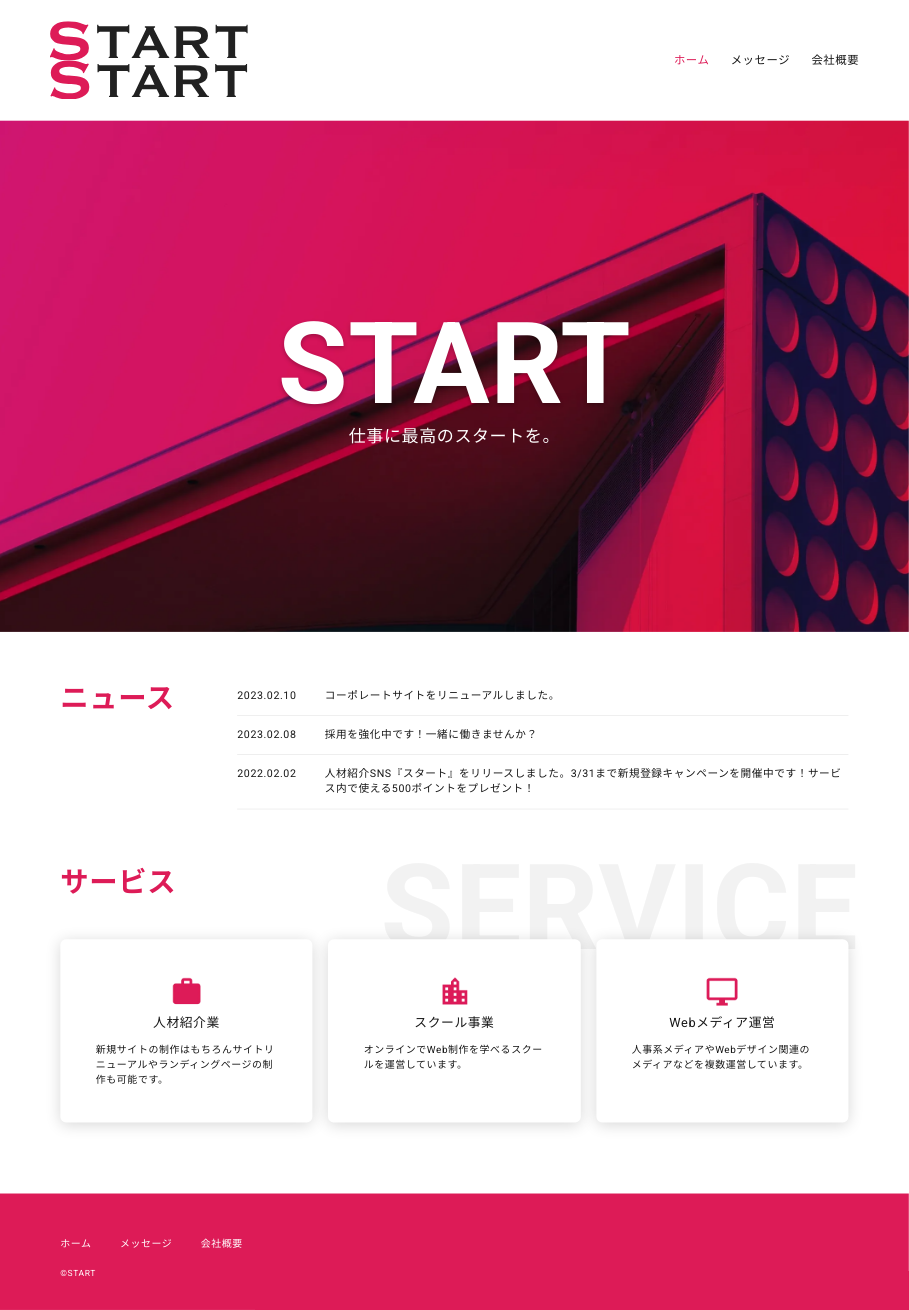
Repository: tetishi/tetishi.github.io
Page: index.html
These files come from the project's save history. The page is drawn as it stood at one moment and after the next save; the edit follows.
The browser window is 1280 px wide. The pictures show the whole page, at 71% of full size.

Above is the page before, as saved 2023-07-02 21:38:58.

### index.html
<!DOCTYPE html>
<html lang="en">
<head>
    <meta charset="UTF-8">
    <meta http-equiv="X-UA-Compatible" content="IE=edge">
    <meta name="viewport" content="width=device-width, initial-scale=1.0">
    <title>Start</title>
    <!-- <link rel="stylesheet" type="text/css" href="http://yui.yahooapis.com/3.18.1/build/cssreset/cssreset-min.css"> -->
    <link rel="preconnect" href="https://fonts.googleapis.com">
    <link rel="preconnect" href="https://fonts.gstatic.com" crossorigin>
    <link href="https://fonts.googleapis.com/css2?family=Noto+Sans+JP:wght@500;700&family=Roboto:wght@400;700&display=swap" rel="stylesheet">
    <link rel="icon" href="img/favicon.ico">
    <link rel="stylesheet" href="./css/reset.css">
    <link rel="stylesheet" href="./css/style.css">
</head>
<body>
    <header class="header">
        <div class="header-inner">
            <h2 class="nav-title">
                <a href="./index.html">
                    <img class="pc" src="img/logo.svg" alt="STARTのロゴ">
                    <img class="sp" src="img/sp_logo.svg" alt="STARTのロゴ">
                </a>
            </h2>
            <nav class="header-nav">
                <ul class="header-list">
                    <li class="header-item">
                        <a href="./index.html" class="text-red">ホーム</a>
                    </li>
                    <li class="header-item">
                        <a href="./message.html">メッセージ</a>
                    </li>
                    <li class="header-item">
                        <a href="./company.html">会社概要</a>
                    </li>
                </ul>
            </nav>
            <button class="hamburger-btn">
                <span class="bar bar_top"></span>
                <span class="bar bar_mid"></span>
                <span class="bar bar_bottom"></span>
            </button>
        </div>
    </header>

    <main>
        <!-- fv -->
        <div class="fv">
            <div class="fv_img">
                <picture>
                    <source srcset="./img/fv.webp" type="image/webp">
                    <img src="./img/fv.jpg" alt="STARTの赤いイメージ背景">
                </picture>
            </div>
            <div class="sp_fv_img">
                <picture>
                    <source srcset="./img/sp_fv.webp" type="image/webp">
                    <img src="./img/sp_fv.jpg" alt="STARTの赤いイメージ背景">
                </picture>
            </div>
            <!-- page-title-wrapper -->
            <div class="page-title-wrapper">
                <h1 class="page-title">START</h1>
                <div class="page-title-bottom">仕事に最高のスタートを。</div>
                <!-- /.page-title-bottom -->
            </div>
        </div>

        <!-- news -->
        <section id="news" class="section-wrapper news-wrapper">
            <div class="section-inner news-inner">
                <h2 class="section-title news-title">
                    ニュース
                </h2>
                <div class="news-container">
                    <ul class="news-list">
                        <li class="news-item">
                            <time datetime="2023.02.10">2023.02.10</time>
                            <a href="#news">コーポレートサイトをリニューアルしました。</a>
                        </li>
                        <li class="news-item">
                            <time datetime="2023.02.08">2023.02.08</time>
                            <a href="#news">採用を強化中です！一緒に働きませんか？</a>
                        </li>
                        <li class="news-item">
                            <time datetime="2022.02.02">2022.02.02</time>
                            <a href="#news">人材紹介SNS『スタート』をリリースしました。3/31まで新規登録キャンペーンを開催中です！サービス内で使える500ポイントをプレゼント！</a>
                        </li>
                    </ul>
                </div>
                <!-- /.news-container -->
            </div>
            <!-- /.section-inner -->
        </section>

        <!-- service -->
        <section id="service" class="section-wrapper service-wrapper">
            <div class="section-inner">
                <h2 class="section-title text-right text-white">サービス</h2>
                <h2 class="upper-text text-white">SERVICE</h2>
                <ul class="service-list">
                    <li class="service-item">
                            <picture>
                                <source srcset="./img/bag.webp" type="image/webp">
                                <img src="./img/bag.png" alt="手提げ鞄">
                            </picture>
                            <h3 class="service-item-title">人材紹介業</h3>
                            <p class="service-item-text">
                                新規サイトの制作はもちろんサイトリニューアルやランディングページの制作も可能です。
                            </p>
                    </li>
                    <li class="service-item">
                            <picture>
                                <source srcset="./img/school.webp" type="image/webp">
                                <img src="./img/school.png" alt="スクール">
                            </picture>
                            <h3 class="service-item-title">スクール事業</h3>
                            <p class="service-item-text">
                                オンラインでWeb制作を学べるスクールを運営しています。
                            </p>
                    </li>
                    <li class="service-item">
                            <picture>
                                <source srcset="./img/web.webp" type="image/webp">
                                <img src="./img/web.png" alt="モニター">
                            </picture>
                            <h3 class="service-item-title">Webメディア運営</h3>
                            <p class="service-item-text">
                                人事系メディアやWebデザイン関連のメディアなどを複数運営しています。
                            </p>
                    </li>
                </ul>
            </div>
            <!-- /.section-inner -->
        </section>

    </main>


    <footer class="footer">
        <div class="section-inner">
            <nav class="footer-nav">
                <ul class="footer-nav-list">
                    <li class="footer-nav-item"><a href="./index.html">ホーム</a></li>
                    <li class="footer-nav-item"><a href="./message.html">メッセージ</a></li>
                    <li class="footer-nav-item"><a href="./company.html">会社概要</a></li>
                </ul>
            </nav>
            <small>&copy;START</small>
        </div>
    </footer>

    <script src="https://ajax.googleapis.com/ajax/libs/jquery/3.6.0/jquery.min.js"></script>
    <script src="js/script.js"></script>
</body>
</html>

### css/reset.css
/*
html5doctor.com Reset Stylesheet
v1.6.1
Last Updated: 2010-09-17
Author: Richard Clark - http://richclarkdesign.com
Twitter: @rich_clark
*/

* {
    box-sizing: border-box;
}

html,
body,
div,
span,
object,
iframe,
h1,
h2,
h3,
h4,
h5,
h6,
p,
blockquote,
pre,
abbr,
address,
cite,
code,
del,
dfn,
em,
img,
ins,
kbd,
q,
samp,
small,
strong,
sub,
sup,
var,
b,
i,
dl,
dt,
dd,
ol,
ul,
li,
fieldset,
form,
label,
legend,
table,
caption,
tbody,
tfoot,
thead,
tr,
th,
td,
article,
aside,
canvas,
details,
figcaption,
figure,
footer,
header,
hgroup,
menu,
nav,
section,
summary,
time,
mark,
ruby,
audio,
video {
    margin: 0;
    padding: 0;
    border: 0;
    outline: 0;
    font-size: 100%;
    vertical-align: baseline;
    background: transparent;
}

body {
    line-height: 1.5;
}

img {
    width: 100%;
    height: auto;
    object-fit: cover;
}

button {
    background-color: transparent;
    border: none;
    cursor: pointer;
    outline: none;
    padding: 0;
    appearance: none;
}

article,
aside,
details,
figcaption,
figure,
footer,
header,
hgroup,
menu,
nav,
section {
    display: block;
}

nav ul {
    list-style: none;
}

li {
    list-style: none;
}

a {
    margin: 0;
    padding: 0;
    font-size: 100%;
    vertical-align: baseline;
    background: transparent;
}

input,
select {
    vertical-align: middle;
}

/*end reset css*/

### css/style.css
/* base */

html {
    font-size: 62.5%;
}
body {
    font-size: 1.6rem;
    letter-spacing: .05em;
    color: #171717;
    font-family: "Roboto", "Noto Sans JP", Arial, "Hiragino Kaku Gothic ProN", "Hiragino Sans", Meiryo, sans-serif;
}
img {
    vertical-align: bottom;
}
.section-inner {
    max-width: 1110px;
    margin: 0 auto;
}
.section-title {
    font-size: 4rem;
    color: #DD1B57;
    margin-bottom: 49px;
    /* width: 25%; */
    white-space: nowrap;
}
a {
    color: inherit;
    text-decoration: none;
}
.text-red {
    color: #DD1B57;
}

/* header */
.header {
    padding: 30px 70px;
    width: 100%;
}

.header a {
    text-decoration: none;
}
.header-inner {
    display: flex;
    justify-content: space-between;
    align-items: center;
}
.header-list {
    display: flex;
}
.header-item {
    margin-right: 30px;
}
.header-item:last-of-type {
    margin-right: 0;
}
.hamburger-btn {
    display: none;
}

/* fv */
.fv {
    height: 100vh;
    min-height: 550px;
    position: relative;
}
.fv img {
    height: 100vh;
    min-height: 550px;
    object-fit: cover;
}
.sp_fv_img {
    display: none;
}
.page-title-wrapper {
    position: absolute;
    left: 50%;
    top: 50%;
    color: #fff;
    transform: translate(-50%,-50%);
    line-height: 1;
}
.page-title {
    font-size: 16rem;
    font-weight: bold;
    margin-bottom: 10px;
    text-shadow: 0 4px 6px rgb(0 0 0 / 25%);
}
.page-title-bottom {
    font-size: 24px;
    text-align: center;
}

/* news */
.news-wrapper {
    margin: 64px 0 74px 0;
}
.news-inner {
    display: flex;
    column-gap: 88px;
}
.news-item {
    padding: 15px 0 16px 0;
    border-bottom: 1px solid #E8E8E8;
    display: flex;
    font-size: 1.5rem;
}
.news-item a {
    margin-left: 40px;
}

/* service */
.service-wrapper {
    margin-bottom: 100px;
}
.service-wrapper .section-inner {
    position: relative;
}
.upper-text {
    position: absolute;
    right: -14px;
    top: -60px;
    font-size: 16.8rem;
    font-weight: bold;
    color: #171717;
    margin: 0 auto;
    opacity: .05;
    z-index: 0;
}
.service-list {
    display: flex;
    justify-content: space-between;
    position: relative;
    z-index: 1;
}
.service-item {
    width: 32%;
    background-color: #fff;
    box-shadow: 0 3px 21px rgba(0, 0, 0, .16);
    border-radius: 8px;
}
.service-item img {
    width: 48px;
    display: block;
    margin: 0 auto;
    padding-top: 50px;
}
.service-item-title {
    text-align: center;
    font-size: 1.8rem;
    font-weight: normal;
    margin-top: 5px;
}
.service-item-text {
    padding: 15px 50px 50px 50px;
    font-size: 1.4rem;
}

/* footer */
.footer {
    background-color: #DD1B57;
    color: #fff;
    height: 164px;
}
.footer-nav-list {
    display: flex;
    font-size: 1.4rem;
    padding: 61px 0 17px;
}
.footer-nav-item {
    margin-right: 40px;
}
small {
    font-size: 1.2rem;
    margin-bottom: 50px;
}

@media screen and (max-width: 768px) {
    /* base_sp */
    .section-inner {
        padding: 0 20px;
    }
    .section-title {
        font-size: 3.2rem;
        margin-bottom: 19px;
        width: 100%;
    }

    /* header_sp */
    .header {
        padding: 0;
        z-index: 1;
        position: relative;
    }
    .nav-title {
        padding: 22px 20px;
    }
    .header-nav {
        display: none;
        position: fixed;
        top: 0;
        right: 0;
        width: 50%;
        height: 100vh;
        background-color: #DD1B57;
    }
    .header-list {
        height: 100%;
        flex-direction: column;
        padding: 96px 0 0 40px;
    }
    .text-red {
        color: #fff;
        opacity: .5;
    }
    .header-item {
        margin: 0 0 27px;
        color: #fff;
    }
    .header-item:last-of-type {
        margin-bottom: 0;
    }
    .hamburger-btn {
        display: block;
        background-color: #DD1B57;
        padding: 26px 16px;
        width: 60px;
    }
    .hamburger-btn .bar {
        display: block;
        width: 26px;
        height: 3px;
        background-color: #fff;
        transition: .3s;
    }
    .bar_mid,
    .bar_bottom {
        margin-top: 8px;
    }
    .hamburger-btn.cross .bar_top {
        transform: rotate(45deg) translate(8px, 8px);
        transition: .3s;
    }
    .hamburger-btn.cross .bar_middle {
        opacity: 0;
        transition: .3s;
    }
    .hamburger-btn.cross .bar_bottom {
        transform: rotate(-45deg) translate(8px, -8px);
        transition: .3s;
    }
    body.noscroll {
        overflow: hidden;
    }

    /* fv_sp */
    .fv_img {
        display: none;
    }
    .sp_fv_img {
        display: block;
    }
    .page-title {
        font-size: 8rem;
        font-weight: bold;
    }
    .page-title-bottom {
        font-size: 2rem;
    }

    /* news_sp */
    .news-wrapper {
        margin: 33px 0 58px 0;
    }
    .news-inner {
        display: block;
    }
    .news-item {
        flex-flow: column;
        padding: 20px 0 16px 0;
    }
    .news-item:first-child {
        padding: 0 0 16px 0;
    }
    .news-item a {
        margin-left: 0px;
        margin-top: 7px;
    }

    /* service_sp */
    .service-wrapper {
        margin-bottom: 60px;
    }
    .upper-text {
        right: 4px;
        top: -5px;
        font-size: 7rem;
    }
    .service-list {
        display: block;
    }
    .service-item {
        width: 100%;
        margin-bottom: 20px;
    }
    .service-item img {
        width: 60px;
        padding-top: 40px;
    }
    .service-item-title {
        margin-top: 7px;
    }
    .service-item-text {
        padding: 10px 30px 40px 30px;
    }

    /* footer_sp */
    .footer {
        height: 120px;
    }
    .footer-nav-list {
        font-size: 1.2rem;
        padding: 41px 0 19px;
    }
    .footer-nav-item {
        margin-right: 25px;
    }
    small {
        font-size: 1rem;
        margin-bottom: 29px;
    }
}

### js/script.js
//ハンバーガーボタン
$('.hamburger-btn').on('click', function() {
    $('.header-nav').fadeToggle(300);
    $(this).toggleClass('cross');
    $('body').toggleClass('noscroll');
});

After the next save:
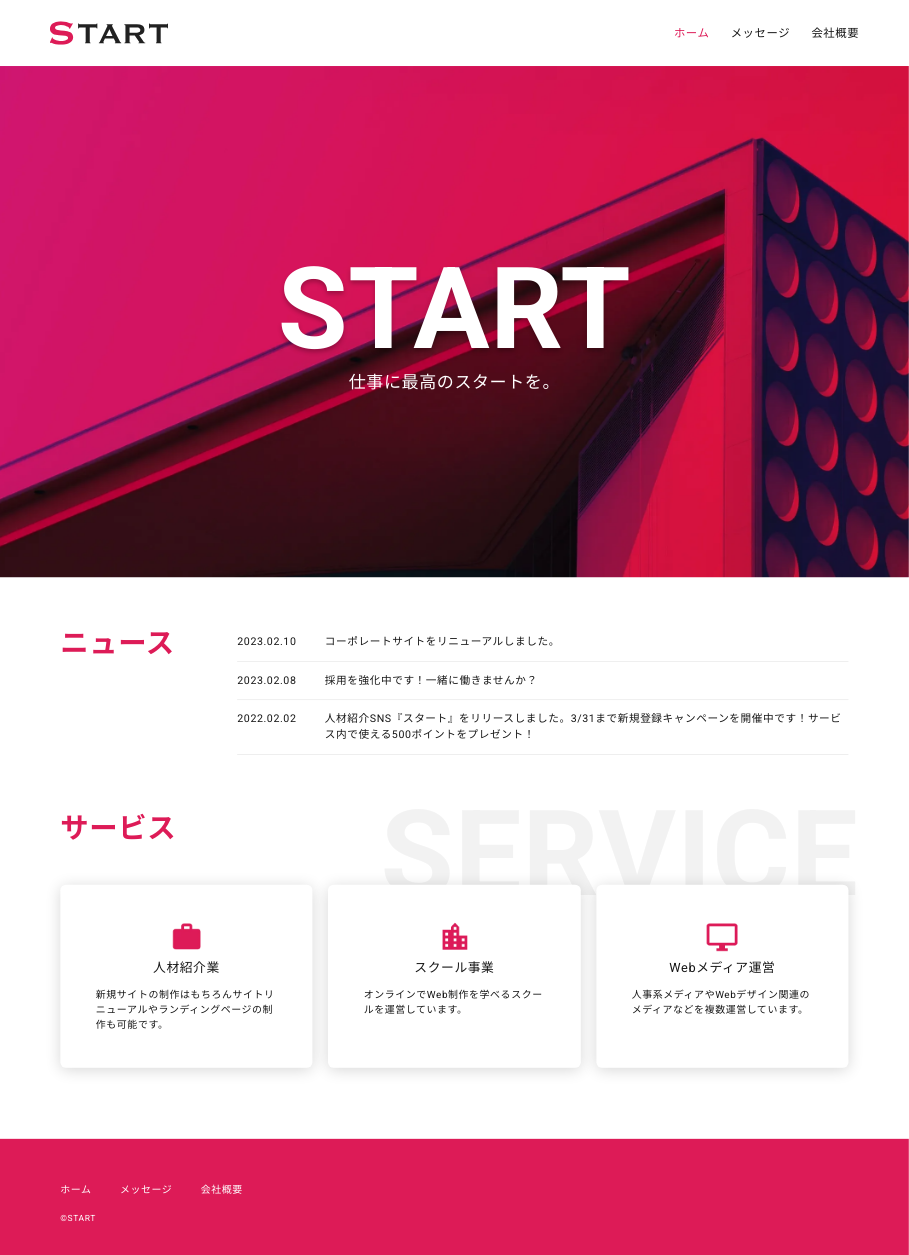
Saved 5 s later.
--- a/css/style.css
+++ b/css/style.css
@@ -29,6 +29,9 @@
 }
 .text-red {
     color: #DD1B57;
+}
+.sp {
+    display: none;
 }
 
 /* header */

After the save that followed:
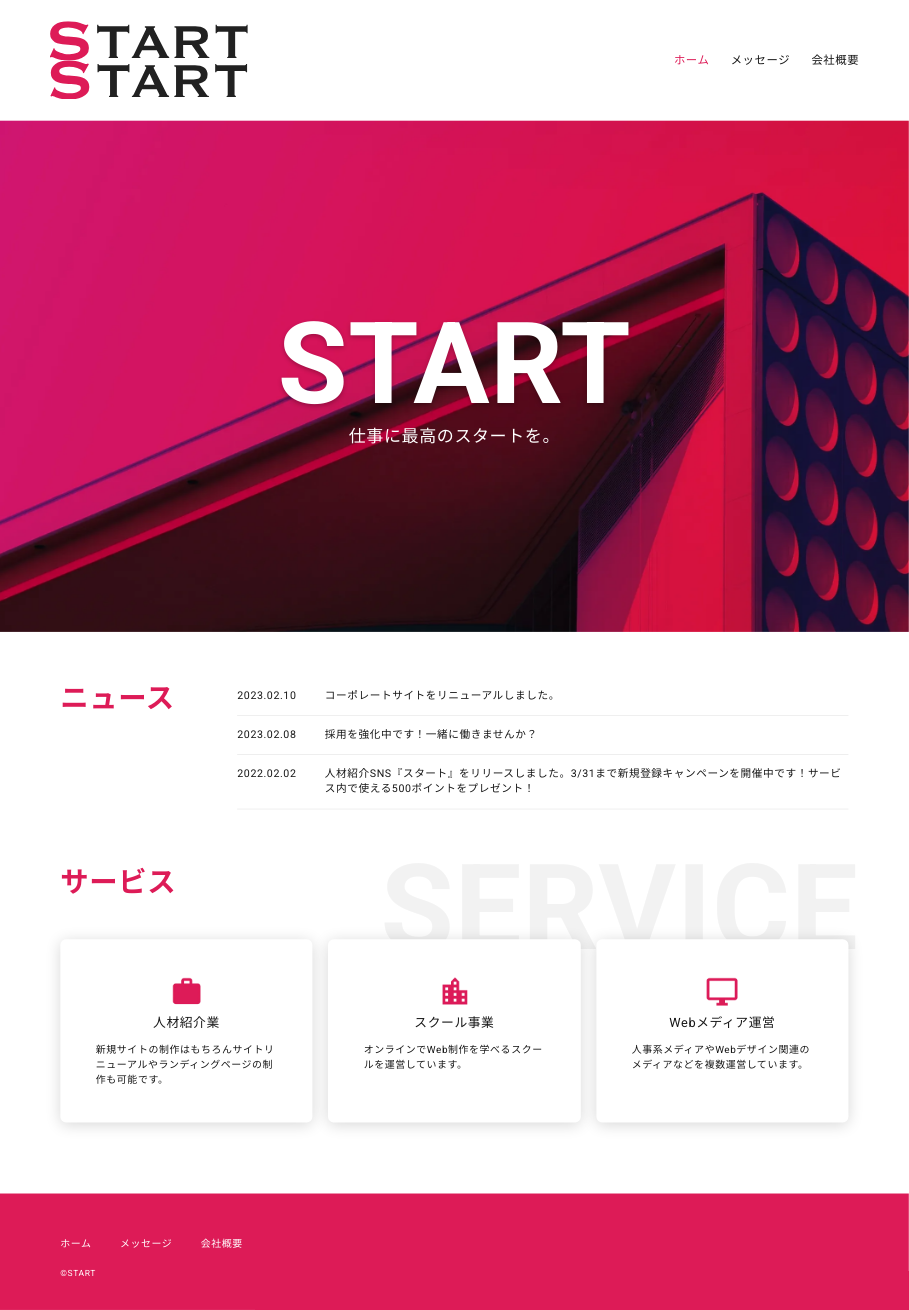
Saved 4 s later.
--- a/css/style.css
+++ b/css/style.css
@@ -30,6 +30,7 @@
 .text-red {
     color: #DD1B57;
 }
+.pc
 .sp {
     display: none;
 }
